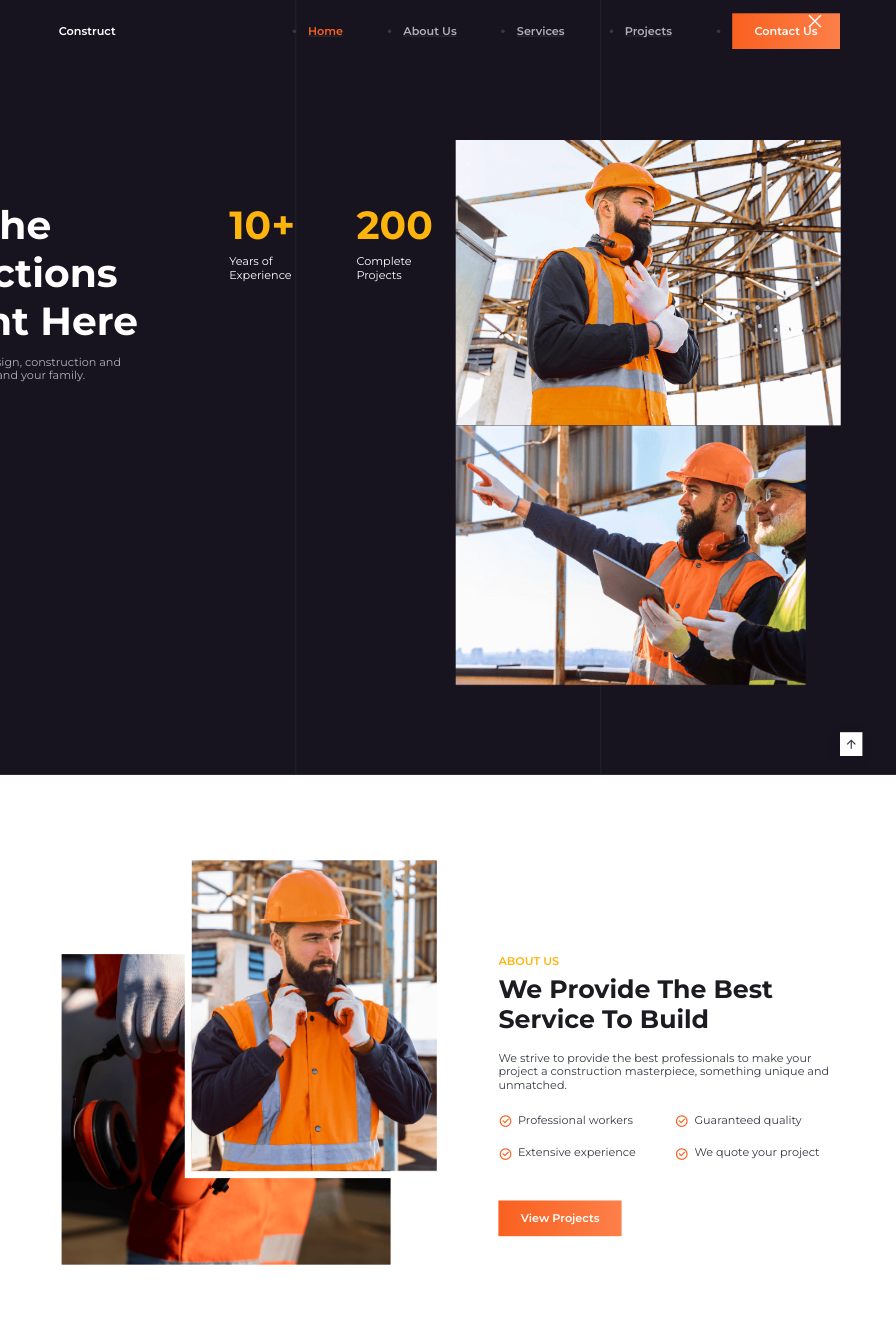
Repository: douglasabnovato/construction
Page: index.html
The author's editor kept a copy of each file at every save. The page is drawn from the files as they stood at one save, then again after the next save.
The browser window is 1280 px wide. The pictures show the part of the page from y = 0 to 1920 px (the page is 6005 px tall), at 70% of full size.

Above is the page before, as saved 2025-05-01 23:36:53.
Console error: ReferenceError: ScrollReveal is not defined

After the next save:
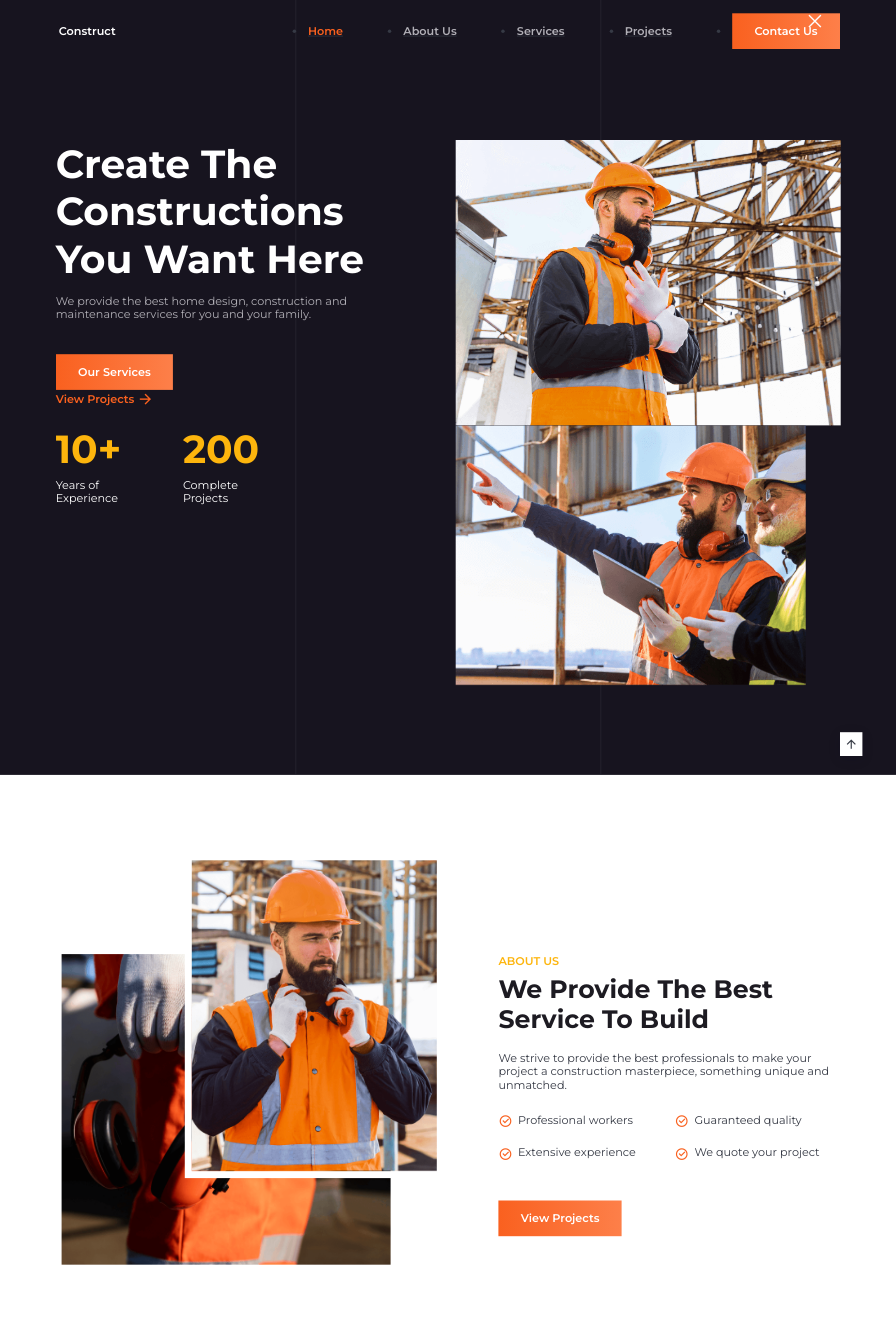
Saved 12 min 45 s later.
--- a/index.html
+++ b/index.html
@@ -73,7 +73,7 @@
           class="home__lines"
         />
         <div class="home__container container grid">
-          <div class="home__container grid">
+          <div class="content grid">
             <div class="home__data">
               <h1 class="home__title">
                 Create The<br />
